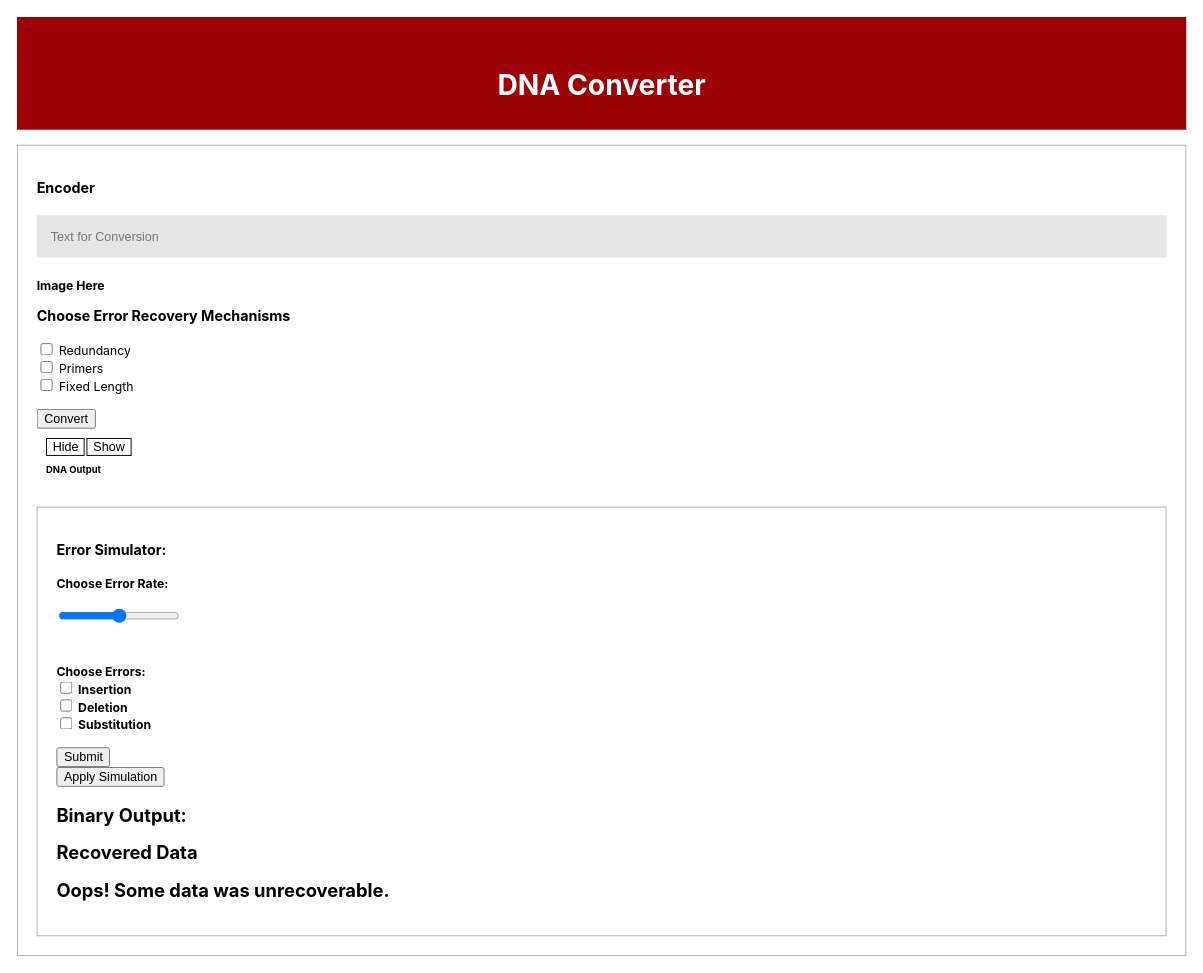
Repository: komalharjani/MSc-Thesis-DNA-Storage
Page: index.html
These files come from the project's save history. The page is drawn as it stood at one moment and after the next save; the edit follows.
The browser window is 1280 px wide. The pictures show the whole page, at 94% of full size.

Above is the page before, as saved 2020-08-16 22:40:44.

### index.html
<!DOCTYPE html>
<html lang="en">

<head>
    <link href="index.css" rel="stylesheet">
    <meta charset="UTF-8">
    <meta name="viewport" content="width=device-width, initial-scale=1.0">
    <title>Document</title>
    <script src="https://ajax.googleapis.com/ajax/libs/jquery/3.5.1/jquery.min.js"></script>
</head>

<body>
    <div id="LoginPage">
        <div class="header"><br>
            <h2> DNA Converter </h2>
        </div><br>

        <div class="loginContainer">
            <h3>Encoder</h3>
            <input type="text" placeholder="Text for Conversion" id="textToConvert" required class="input">
            <label for="text"><b>Image Here</b></label>
            <h3>Choose Error Recovery Mechanisms</h3>
            <form>
                <input type="checkbox" id="vehicle1" name="vehicle1" value="Bike">
                <label for="vehicle1"> Redundancy </label><br>
                <input type="checkbox" id="vehicle2" name="vehicle2" value="Car">
                <label for="vehicle2"> Primers </label><br>
                <input type="checkbox" id="vehicle3" name="vehicle3" value="Boat">
                <label for="vehicle3"> Fixed Length</label><br><br>
            </form>
            <button onclick="onSubmit()" id="submit">Convert</button><br>

            <div class="row">
                <div class="column">
                    <button class="btnn" id="hide">Hide</button>
                <button class="btnn" id="show">Show</button>
                  <h2>DNA Output</h2>
                  <p id="dnaOutput"></p>
            </div>

            <script>
                $(document).ready(function(){
                  $("#hide").click(function(){
                    $("p").hide();
                  });
                  $("#show").click(function(){
                    $("p").show();
                  });
                });
                </script>

        </div><br>
        <div class="loginContainer">
            <h3>Error Simulator:</h3>
            <h4>Choose Error Rate:</h4>
            <input type="range" name="rangeInput" min="0" max="10" onchange="updateTextInput(this.value);">
            <input type="number" id="textInput" value="" class="range" max="10"><br>
            <h4>Choose Errors:</h4<br>
                <form>
                    <input type="checkbox" id="vehicle1" name="vehicle1" value="Bike">
                    <label for="vehicle1"> Insertion </label><br>
                    <input type="checkbox" id="vehicle2" name="vehicle2" value="Car">
                    <label for="vehicle2"> Deletion </label><br>
                    <input type="checkbox" id="vehicle3" name="vehicle3" value="Boat">
                    <label for="vehicle3"> Substitution </label><br><br>
                    <input type="submit" value="Submit">
                </form>
                <button onclick="" id="error">Apply Simulation</button><br>
                <!--Take Error Rate from On Submit-->
                <h2>Binary Output:</h2>
                <h2>Recovered Data</h2>
                <h2>Oops! Some data was unrecoverable. </h2>
        </div>
    </div>

</body>
<script src="index.js"></script>

</html>

### index.css
body {
    background-color:white;
    resize: both;
    overflow: auto;
}

.labelText {
  width: 100%;
  padding: 15px;
  margin: 5px 0 22px 0;
  display: inline-block;
  border: none;
  background: #cacaca;
}

.search {
  width: 30%;
  padding: 15px;
  margin: 5px 0 22px 0;
  display: inline-block;
  border: none;
  background: #e6e6e6;
}

.runBtn {
  background-color: #000000;
  border: 1px solid #ffffff;
  color: rgb(255, 255, 255);
  padding: 14px 20px;
  margin-top: 5px;
  margin-bottom: 5px;
  margin-right: 2px;
  margin-left: 0;
  border: none;
  cursor: pointer;
  width: 100%;
  opacity: 0.9;
  font-size: 15px;
}

#map{
  height: 400px;
  width: 100%;
}

#profile {
  border-radius: 50%;
}

.profile {
    padding: 10px;
    text-align: center;
    height: auto;
}

/* Full-width input fields */
.input {
  width: 100%;
  padding: 15px;
  margin: 5px 0 22px 0;
  display: inline-block;
  border: none;
  background: #e6e6e6;
}

.range {
  margin: 5px 0 22px 0;
  display: inline-block;
  border: none;
  text-align: right;
}

li {
  width: 100%;
  padding: 15px;
  margin: 5px 0 22px 0;
  display: inline-block;
  border: none;
  background: #cacaca;
}

ul {
  padding: 0;
}


/* Add a background color when the inputs get focus */
input[type=text]:focus, input[type=password]:focus {
  background-color: rgb(184, 184, 184);
  outline: none;
}

/* button {
  background-color: #000000;
  color: rgb(255, 255, 255);
  padding: 14px 20px;
  margin: 8px;
  border: none;
  cursor: pointer;
  width: 30%;
  opacity: 0.9;
  border-radius: 20px;
} */

.loginContainer {
  width: 100%;
  float: center;
  padding: 20px;
  border: 0.5px solid #afafaf;
  height: auto;

}

.row:after {
  content: "";
  display: table;
  clear: both;
}

.column {
  float: left;
  width: 100%;
  padding: 10px;
  height: auto;
  font-size: 5pt;
  word-break:break-all;
}

.btnn {
  color:black;
  background-color: white;
  border-color: black;
  border-style: solid;
  border-width: 1px;
}

/* Set a style for all buttons */
.button {
  color: rgb(255, 255, 255);
  padding: 10px;
  width: 100%;
  border-radius: 10px;
}

.button {
  background-color: rgb(100, 100, 100);
  color: rgb(255, 255, 255);
  padding: 10px;
  width: 30%;
  margin-top: 5px;
  margin-bottom: 5px;
  margin-right: 2px;
  margin-left: 0;
  border: none;
  border-radius: 10px;
}

button:hover {
  opacity: 0.8;
}

/* Extra styles for the cancel button */
.cancelbtn {
  padding: 14px 20px;
  background-color: whitesmoke;
}

/* Float cancel and signup buttons and add an equal width */
.cancelbtn, .signupbtn {
  float: right;
  width: 100%;
}


/* Style the horizontal ruler */
hr {
  border: 1px solid #f1f1f1;
  margin-bottom: 25px;
}

/* Change styles for cancel button and signup button on extra small screens */
@media screen and (max-width: 300px) {
  .cancelbtn, .signupbtn {
     width: 100%;
  }
}
/* OLD BELOW!!!!! */

* {
    box-sizing: border-box;
  }

  /* Add a gray background color with some padding */
  body {
    font-family: -apple-system, BlinkMacSystemFont, 'Segoe UI', Roboto, Oxygen, Ubuntu, Cantarell, 'Open Sans', 'Helvetica Neue', sans-serif;
    padding: 10px;
    background: #ffffff;
    font-size: 13px;
  }
  table {
    font-family: arial, sans-serif;
    border-collapse: collapse;
    width: 100%;
  }

  td, th {
    border: 1px solid #dddddd;
    text-align: left;
    padding: 8px;
  }

  tr:nth-child(even) {
    background-color: #dddddd;
  }
  /* Header Title */
  .header {
    padding: 5px;
    font-size: 20px;
    text-align: center;
    background: #9d0208;
    color: white;
  }

  .login {
    width:300px;
    height:500px;
    position: fixed;
    top: 50%;
    left: 50%;
    margin-top: -125px;
    margin-left: -150px;
  }

  /* Split Screen into Columns */

  .rightcolumn {
    float: right;
    width: 50%;
    padding: 10px;
  }

  .leftcolumn {
    float: left;
    width: 20%;
    padding: 10px;
    background-color: rgb(255, 255, 255);
  }

  .left {
    float: right;
    width: 50%;
    background-color: rgb(255, 255, 255);
  }

  .right {
    float: right;
    width: 50%;
    background-color: rgb(255, 255, 255);
  }

  .centercolumn {
    float: left;
    width: 80%;
    padding: 10px;
    background-color: rgb(255, 255, 255);
  }

  .title {
    color: grey;
    font-size: 18px;
  }

  .rightcolumn {
    float: left;
    width: 30%;
    padding: 10px;
    background-color: rgb(255, 255, 255);
  }

  .box {
    background-color: rgb(255, 255, 255);
    width: 100%;
    padding: 15px;
  }


  .card {
     background-color: whitesmoke;
     padding: 15px;
  }

  .row:after {
    content: "";
    display: table;
    clear: both;
  }

  /* Footer */
  .footer {
    padding: 20px;
    text-align: center;
    background: #ddd;
    margin-top: 20px;
  }

  /* Responsive layout - when the screen is less than 800px wide, make the two columns stack on top of each other instead of next to each other */
  @media screen and (max-width: 800px) {
    .leftcolumn, .rightcolumn {
      width: 100%;
      padding: 0;
    }
  }

  tr:nth-child(even) {
    background-color: #3b37377c;
  }

  button:hover {
    opacity:1;
  }

  /* Extra styles for the cancel button */
  .cancelbtn {
    padding: 14px 20px;
    background-color: #000000;
  }

  /* Float cancel and signup buttons and add an equal width */
  .cancelbtn, .signupbtn {
    float: right;
    width: 100%;
  }

  .containerForm {
    width: 50%;
    float: left;
    padding: 10px;
    background-color: rgb(255, 255, 255);
  }

  /* Add padding to container elements */
  .container {
    width: 100%;
    float: left;
    padding: 10px;
    background-color: rgb(255, 255, 255);
  }

  #result {
    color: red;
  }

  .submitComment {
    background-color: white;
    color: black;
    border: 1px solid #888;
    width: 100%;
    float: right;
  }

  .submitComment :hover {
    background-color: rgb(138, 138, 138);
  }

  .readMore {
    background-color: rgb(216, 216, 216);;
    color: black;
    width: 40%;
    margin: 5px;
  }

  .logoutBtn {
    color: white;
    background-color: #9d0208 ;
    border: 1px solid rgb(255, 255, 255);
    margin: 10px;
  }

  .logoutBtn:hover {
    opacity: 0.7;
  }

  .register {
    color: black;
    background-color: white ;
    border: 1px solid rgb(255, 255, 255);
    margin: 10px;
    opacity: 0.8;
  }

  .register:hover {
    opacity: 1;
  }

  .runPostsStyle {
    background-color: rgb(255, 255, 255);
    padding: 20px;
    border-radius: 10px;
    margin-top: 20px;
    width: 100%;
    overflow: hidden;
    border: 1px solid rgb(0, 0, 0);
    columns: 2;
  }



  .commentPost {
    background-color: whitesmoke;
    padding: 20px;
    border-radius: 10px;
    margin-top: 20px;
    width: 100%;
    overflow: hidden;
  }

  .mapStyle {
    background-color: rgb(94, 0, 0);
    border-radius: 10px;
    width: 40%;
    height: 100px;
    border:solid black;
  }

  /* The Modal (background) */
  .modal {
    display: none; /* Hidden by default */
    position: fixed; /* Stay in place */
    left: 0;
    top: 0;
    width: 100%; /* Full width */
    height: 100%; /* Full height */
    overflow: auto; /* Enable scroll if needed */
    background-color:rgb(255, 255, 255);
    padding: 20px;
  }

  /* Modal Content/Box */
  .modal-content {
    background-color: #ffffff;
    margin: 5% auto 15% auto; /* 5% from the top, 15% from the bottom and centered */
    border: 1px solid #888;
    width: 80%; /* Could be more or less, depending on screen size */
  }

  .postTitle {
    font-size: 20px;
    font-weight: bold;
    color: #9d0208;
  }

  .dateDisplay {
    font-size: 20px;
    font-weight: bold;
  }

  .toFrom {
    font-size: 14px;
    font-weight: bold;
  }

  /* Style the horizontal ruler */
  hr {
    border: 1px solid #f1f1f1;
    margin-bottom: 25px;
  }

  /* The Close Button (x) */
  .close {
    position: absolute;
    right: 35px;
    top: 15px;
    font-size: 40px;
    font-weight: bold;
    color: #000000;
  }

  .close:hover,
  .close:focus {
    color: #ff8484;
    cursor: pointer;
  }

  /* Clear floats */
  .clearfix::after {
    content: "";
    clear: both;
    display: table;
  }

  /* Change styles for cancel button and signup button on extra small screens */
  @media screen and (max-width: 300px) {
    .cancelbtn, .signupbtn {
       width: 100%;
    }
  }

  .dropbtn {
    background-color: #E6E6E6;
    color: rgb(85, 85, 85);
    padding: 16px;
    font-size: 16px;
    border: none;
    width: 100px;
    cursor: pointer;
  }

  .dropbtn:hover, .dropbtn:focus {
    background-color: rgb(187, 187, 187);
  }

  .dropdown {
    position: relative;
    display: inline-block;
  }

  .dropdown-content {
    display: none;
    position: absolute;
    background-color: #f1f1f1;
    min-width: 160px;
    overflow: auto;
    box-shadow: 0px 8px 16px 0px rgba(0,0,0,0.2);
    z-index: 1;
  }

  .dropdown-content a {
    color: black;
    padding: 12px 16px;
    text-decoration: none;
    display: block;
  }

  .dropdown a:hover {background-color: #ddd;}

  .show {display: block;}

Loaded but not shown: index.js (370 lines, source omitted)

After the next save:
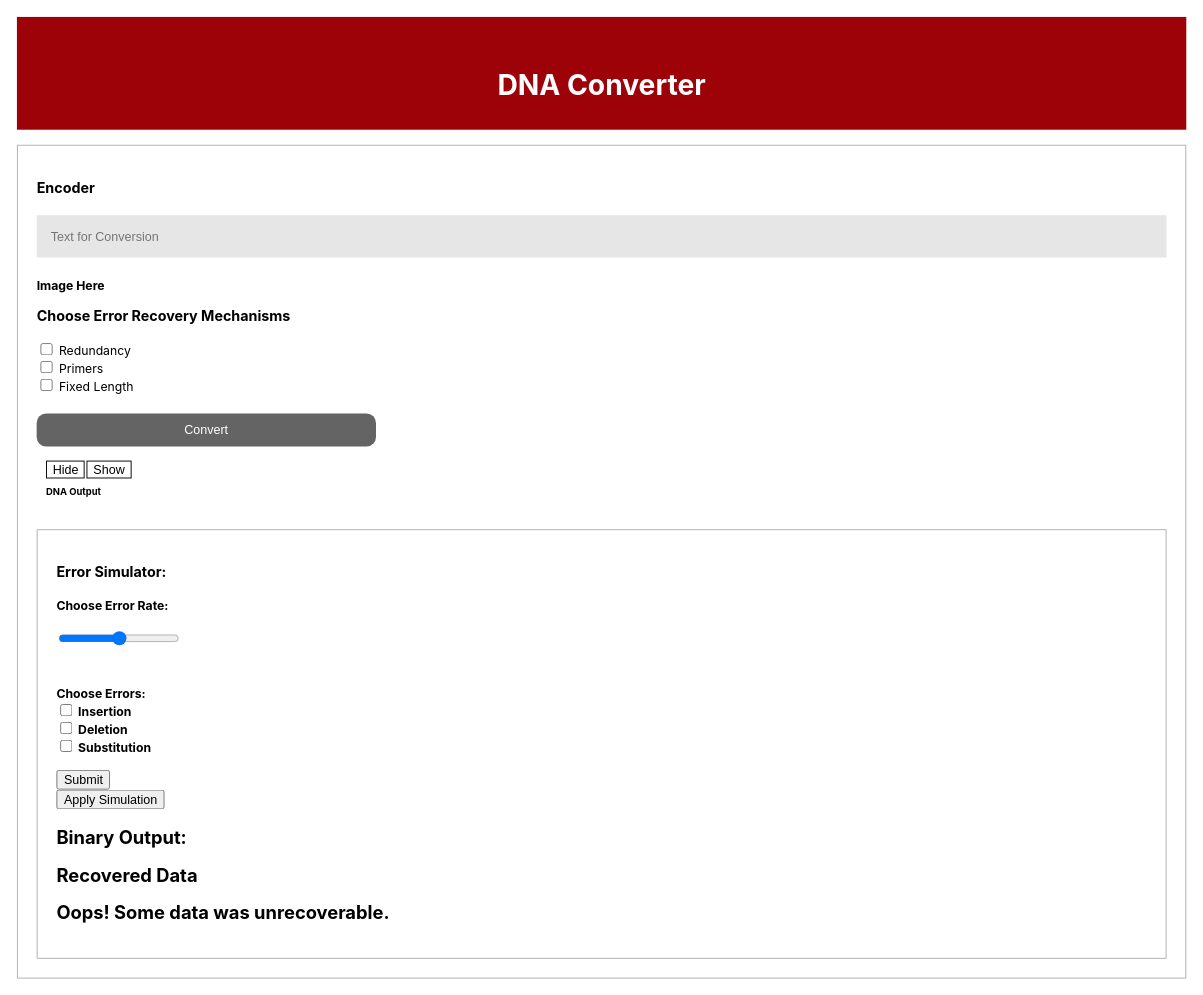
Saved 20 s later.
--- a/index.html
+++ b/index.html
@@ -28,7 +28,7 @@
                 <input type="checkbox" id="vehicle3" name="vehicle3" value="Boat">
                 <label for="vehicle3"> Fixed Length</label><br><br>
             </form>
-            <button onclick="onSubmit()" id="submit">Convert</button><br>
+            <button class="button" onclick="onSubmit()" id="submit">Convert</button><br>
 
             <div class="row">
                 <div class="column">
